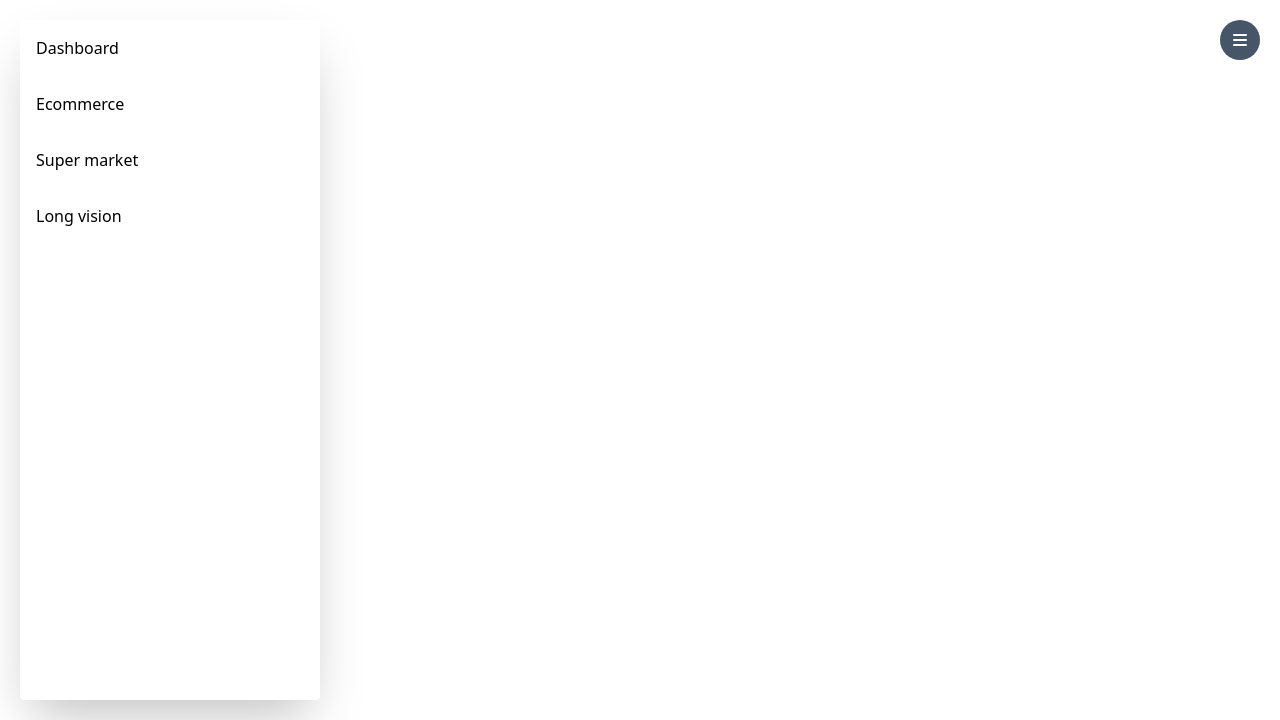
Repository: vophuocthanh/redux
Page: /
The author's editor kept a copy of each file at every save. The page is drawn from the files as they stood at one save, then again after the next save.
The browser window is 1280 px wide. The pictures show the whole page.
The project was rebuilt for these pictures with package versions that can differ from the ones it lists, and the page was loaded fresh each time. Also part of the build but not shown: src/App.css.

Above is the page before, as saved 2023-03-09 21:04:03.

### src/index.js
import React from "react";
import { createRoot } from "react-dom/client";
import App from "./App";
import reportWebVitals from "./reportWebVitals";
import "./index.css";
import { Provider } from "react-redux";
import store from "./redux-toolkit/configureStore";

const container = document.getElementById("root");
const root = createRoot(container);

root.render(
  <Provider store={store}>
    <App />
  </Provider>
);

// If you want to start measuring performance in your app, pass a function
// to log results (for example: reportWebVitals(console.log))
// or send to an analytics endpoint. Learn more: https://bit.ly/CRA-vitals
reportWebVitals();

### src/App.js
import React from "react";
import "./App.css";
import ButtonToggle from "./components/ButtonToggle";
import Sidebar from "./components/Sidebar";

function App() {
  return (
    <div>
      <Sidebar></Sidebar>
      <ButtonToggle></ButtonToggle>
    </div>
  );
}

export default App;

### src/redux-toolkit/configureStore.js
import { configureStore, combineReducers } from "@reduxjs/toolkit";
import counterSlice from "./counterSlice";
import globalSlice from "./globalSlice";

const reducer = combineReducers({
  counter: counterSlice,
  global: globalSlice,
});

const store = configureStore({
  reducer,
});

export default store;

### src/components/ButtonToggle.js
import React from "react";

const ButtonToggle = () => {
  return (
    <button className="fixed flex items-center justify-center w-10 h-10 text-white rounded-full right-5 top-5 bg-slate-600">
      <svg
        xmlns="http://www.w3.org/2000/svg"
        className="w-5 h-5"
        viewBox="0 0 20 20"
        fill="currentColor"
      >
        <path
          fillRule="evenodd"
          d="M3 5a1 1 0 011-1h12a1 1 0 110 2H4a1 1 0 01-1-1zM3 10a1 1 0 011-1h12a1 1 0 110 2H4a1 1 0 01-1-1zM3 15a1 1 0 011-1h12a1 1 0 110 2H4a1 1 0 01-1-1z"
          clipRule="evenodd"
        />
      </svg>
    </button>
  );
};

export default ButtonToggle;

### src/components/Sidebar.js
import React from "react";
import { useSelector } from "react-redux";
const links = ["Dashboard", "Ecommerce", "Super market", "Long vision"];
const Sidebar = () => {
  const globalOptions = useSelector((state) => state.global);
  console.log("Sidebar ~ globalOptions", globalOptions);
  const { showSidebar } = globalOptions;
  return (
    <div
      className={`w-[300px] bg-white rounded shadow-2xl fixed top-5 left-5 bottom-5 transition-all ${
        showSidebar ? "" : "-translate-x-[200%]"
      }`}
    >
      {links.map((item) => (
        <div className="p-4 cursor-pointer hover:bg-gray-50" key={item}>
          {item}
        </div>
      ))}
    </div>
  );
};

export default Sidebar;

### src/redux-toolkit/counterSlice.js
import { createSlice } from "@reduxjs/toolkit";

const counterSlice = createSlice({
  name: "counter",
  initialState: {
    count: 0,
  },
  reducers: {
    increment: (state) => ({
      ...state,
      count: state.count + 1,
    }),
    decrement: (state) => ({
      ...state,
      count: state.count - 1,
    }),
    incrementByValue: (state, { payload }) => {
      return {
        ...state,
        count: state.count + payload.value,
      };
    },
  },
});
export const { increment, decrement, incrementByValue } = counterSlice.actions;
export default counterSlice.reducer;

### src/redux-toolkit/globalSlice.js
import { createSlice } from "@reduxjs/toolkit";

const globalSlice = createSlice({
  name: "global",
  initialState: {
    darkMode: false,
    showSidebar: true,
  },
  reducers: {
    toggleDarkMode: (state, { payload }) => {
      return {
        ...state,
        darkMode: payload,
      };
    },
    toggleSideBar: (state, { payload }) => ({
      ...state,
      showSidebar: payload,
    }),
  },
});
export const { toggleDarkMode, toggleSideBar } = globalSlice.actions;
export default globalSlice.reducer;

Loaded but not shown: public/index.html (common file); src/reportWebVitals.js (common file); src/index.css (common file); tailwind.config.js (common file)

After the next save:
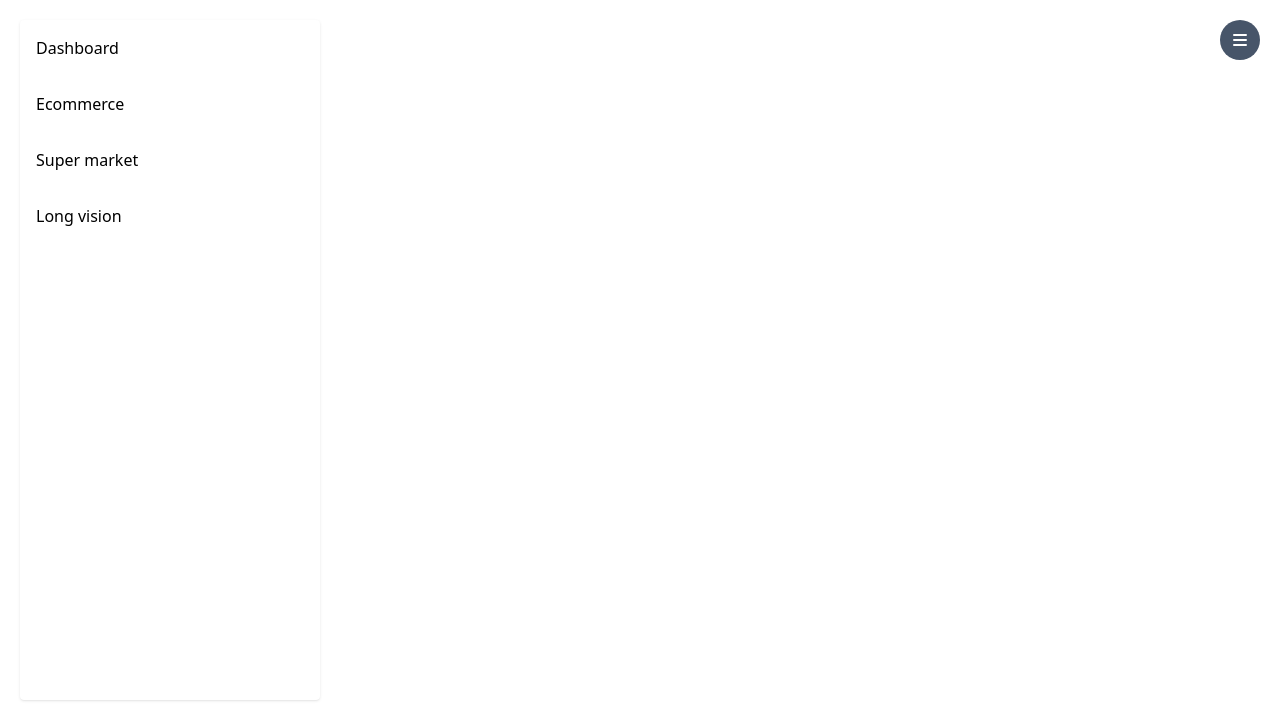
Saved 20 s later.
--- a/src/components/Sidebar.js
+++ b/src/components/Sidebar.js
@@ -1,16 +1,8 @@
 import React from "react";
-import { useSelector } from "react-redux";
 const links = ["Dashboard", "Ecommerce", "Super market", "Long vision"];
 const Sidebar = () => {
-  const globalOptions = useSelector((state) => state.global);
-  console.log("Sidebar ~ globalOptions", globalOptions);
-  const { showSidebar } = globalOptions;
   return (
-    <div
-      className={`w-[300px] bg-white rounded shadow-2xl fixed top-5 left-5 bottom-5 transition-all ${
-        showSidebar ? "" : "-translate-x-[200%]"
-      }`}
-    >
+    <div className="w-[300px] bg-white rounded shadow fixed top-5 left-5 bottom-5">
       {links.map((item) => (
         <div className="p-4 cursor-pointer hover:bg-gray-50" key={item}>
           {item}

After the save that followed:
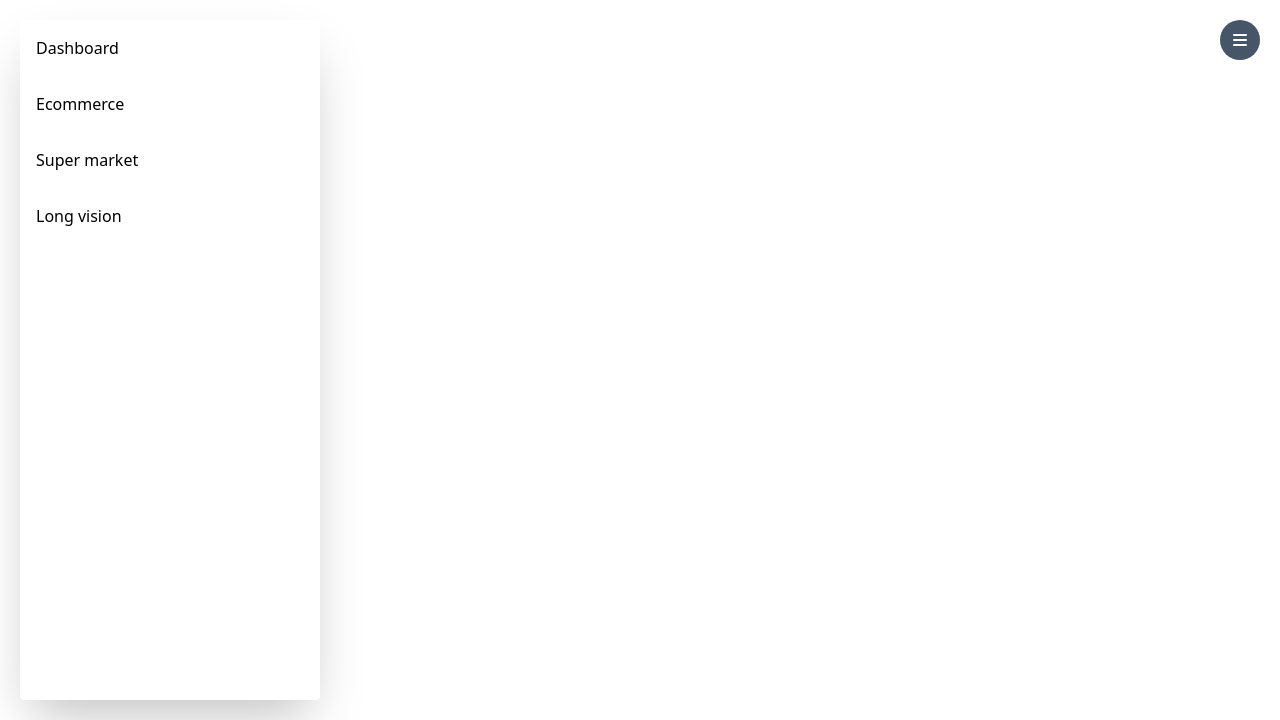
Saved 23 s later.
--- a/src/components/Sidebar.js
+++ b/src/components/Sidebar.js
@@ -2,7 +2,7 @@
 const links = ["Dashboard", "Ecommerce", "Super market", "Long vision"];
 const Sidebar = () => {
   return (
-    <div className="w-[300px] bg-white rounded shadow fixed top-5 left-5 bottom-5">
+    <div className="w-[300px] bg-white rounded shadow-2xl fixed top-5 left-5 bottom-5">
       {links.map((item) => (
         <div className="p-4 cursor-pointer hover:bg-gray-50" key={item}>
           {item}
